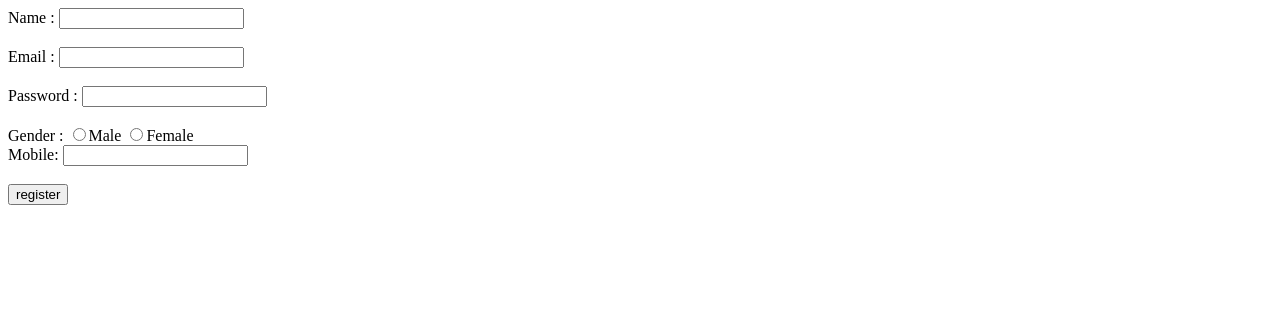
Repository: KrishMoradiya/Aixtor-Training-Projects-Backup
Page: http://localhost/Students/RegisterStudent.jsp
An editor plug-in stored every save of this project. The page is shown before and after the next save, followed by the edit.
The browser window is 1280 px wide. The pictures show the whole page.
The page is served by Tomcat 10.

Above is the page before, as saved 2023-12-20 17:03:34.

After the next save:
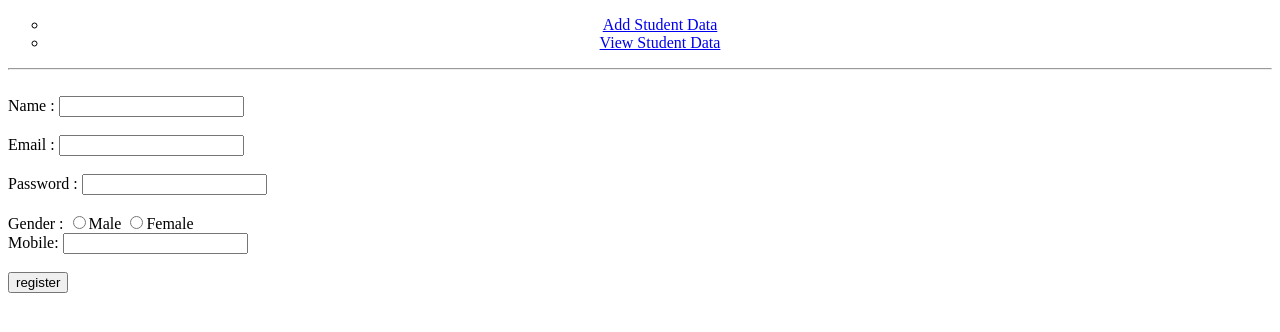
Saved 19 s later.
--- a/Workspace - Eclipse Enterprise Edition/Students/src/main/webapp/RegisterStudent.jsp
+++ b/Workspace - Eclipse Enterprise Edition/Students/src/main/webapp/RegisterStudent.jsp
@@ -7,6 +7,7 @@
 <title>Insert title here</title>
 </head>
 <body>
+	<jsp:include page="header.jsp"></jsp:include>
 	<div class="container">
 		<form action="Register" method="Post">
 			Name : <input type="text" name="name" /> <br /> <br />
